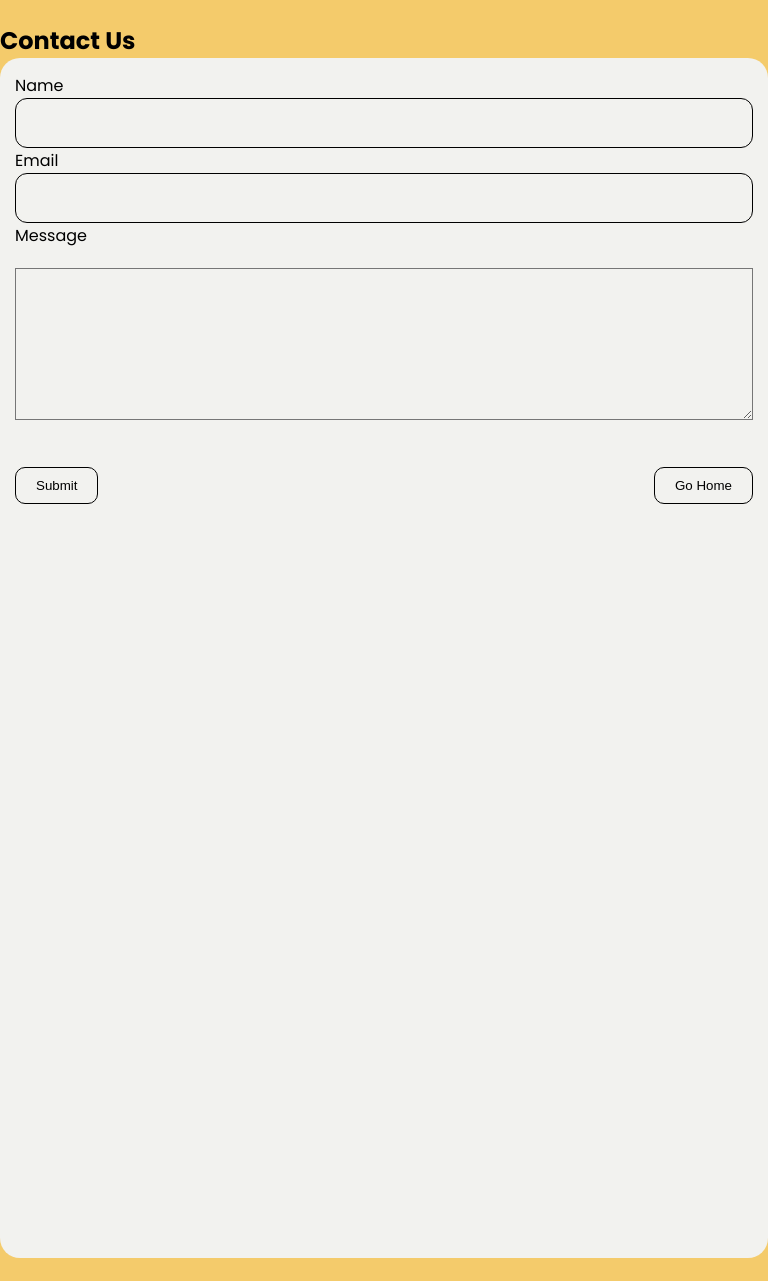
Repository: ble-syn/Random-user-generator-app
Page: /contact
The author's editor kept a copy of each file at every save. The page is drawn from the files as they stood at one save, then again after the next save.
The browser window is 768 px wide. The pictures show the whole page.
The project was rebuilt for these pictures with package versions that can differ from the ones it lists, and the page was loaded fresh each time. Also part of the build but not shown: src/components/Navbar.jsx, src/components/pagination.jsx, src/components/User.jsx, src/pages/Home.jsx, src/components/ErrorFallback.jsx, src/pages/About.jsx, src/pages/Vision.jsx, src/pages/Mission.jsx and 1 more.

Above is the page before, as saved 2022-10-28 20:01:16.

### src/index.css
@import url("https://fonts.googleapis.com/css2?family=Poppins:ital,wght@0,200;0,300;0,400;0,500;0,600;0,700;1,400&display=swap");
*{
  margin: 0;
  padding: 0;
  box-sizing: border-box;
}
a {
  text-decoration: none;
  color: #000;
}
ul{
  list-style: none;
}
body {
  background-color: #F4CB6B;
  font-family: "Poppins", sans-serif;
}
button {
  margin: 20px 0;
  padding:10px 20px;
  background: none;
  border-radius: 10px;
  border: 1px solid black;
}

.container {
  width: 100%;
  max-width: 1300px;
  margin: 3% auto;

}

nav {
  display: flex;
  justify-content: first baseline;
  margin-bottom: 100px;
}
.logo{
  margin-right: 5px;
}
.menu {
  margin: 0 20px;
}

.home-container{
  display: flex;
  align-items: center;
}
/* LEFT STYLES */
#left {
  flex: 5;
}
#left h1 {
  font-size: 3rem;
  font-weight: 700;
  margin-bottom: 20px;
}
#left p {
  font-size: 1.2rem;
  margin-bottom: 20px;
}
.search-input {
  width: 80%;
  background-color: #dadada;
  border-radius: 12px;
  border: none;
  display: flex;
  place-items: center;
  padding-left: 15px;
  margin: 50px 0;
}
.search-input input{
  border: none;
}
input {
  border: 1px solid black;
  border-radius: 12px;
  background-color: inherit;
  width: 100%;
  height: 50px;
  padding-left: 5px;
  font-size: 20px;
}
input:focus {
  outline: none;
}
input::placeholder {
  color: #171717;
}
.user-btb-cont {
  margin-top: 70px;
}
.user-btn{
  margin-right: 60px;
  padding: 30px;
  border-radius: 10px;
  color: #FFF;
  cursor: pointer;
  border: none;
  box-shadow: 0px 2px 5px  rgba(0, 0, 0, 0.5);
}
.all-user {
  background-color: #BF9679;
}
.f-user{
  background-color: #F97661;
}
.m-user{
background-color: #8DCC50;
}

#right{

  flex: 5;
  margin-left: 20px;
  background-color: #F2F2EF;
  border-radius: 20px;
  padding: 15px 30px;

}

.usercard {
  background-color: #F2F2EF;
  border-radius: 20px;
  display: flex;
  justify-content: space-between;
  align-items: center;
  padding: 20px;
  margin: 20px 0;
  box-shadow: 0px 2px 5px rgba(0, 0, 0, 0.5);
}

.usercard img {
 border: 5px solid #BF9679;;
  border-radius: 50%;
  margin: 5px 0;
}

.pagination {
  display: flex;
  justify-content: center;
  align-items: center;
  gap: 12px;
  margin: 20px 0;
}

.pagination-num {
  display: flex;
  justify-content: center;
  align-items: center;
  gap: 12px;
}

.pagination-child,
.prev,
.next {
  opacity: 1;
  border: 1px solid #000;
  padding: 8px 16px;
  cursor: pointer;
  border-radius: 10px;
  transition: all 0.3s ease;
}

.pagination-child:hover,
.prev:hover,
.next:hover {
  transform: scale(1.1);
}

.disabled {
  opacity: 0.5;
  cursor: not-allowed;
}
.notfound {
  display: flex;
  flex-direction: column;
  justify-content: center;
  align-items: center;
  height: 70vh;
  font-size: 2rem;
  font-weight: 700;
}
.notfound img{
  height: 200px;
}


textarea {
  width: 100%;
  margin: 20px 0;
  background: none;
}
.c-btn {
  display: flex;
  justify-content: space-between;
}
@media (max-width: 768px){
  .home-container{
    display: block;
  }
  .search-input{
    display: none;
  }
  .user-btn{
    margin: 20px;
    padding: 20px;


  }
  #right{
    height: 150vh;
    margin-left: 0;
    padding: 15px;

  }
  .usercard {
    flex-wrap: wrap;
    padding: 10px;

  }

}

### src/App.js
import { BrowserRouter as Router, Routes, Route, Navigate} from "react-router-dom";
import Navbar from "./components/Navbar";
import Home from "./pages/Home";
import About from "./pages/About";
import Policy from "./pages/Vision";
import Terms from "./pages/Mission";
import Contact from "./pages/Contact";
import NotFound from "./pages/NotFound";
import Mission from "./pages/Mission";
import Vision from "./pages/Vision";

function App() {
  return (
    <div className="container">
      <Router>
        <Routes>
          <Route path="/" element={<Home />} />
          <Route path="/about" element={<About />}>
            <Route path="mission" element={<Mission />} />
            <Route path="vision" element={<Vision />} />
          </Route>
          <Route path="/contact" element={<Contact />} />
          <Route path="/not-found" element={<NotFound />} />
          <Route path="*" element={<Navigate to="/not-found" />} />
        </Routes>
      </Router>

    </div>
  );
}

export default App;

### src/pages/Contact.jsx
import React from "react";
import {useNavigate} from "react-router-dom";

function Contact() {
  const navigate = useNavigate()
  const  goHome =(event) =>{
    event.preventDefault()
    navigate("/")
}
  return (
    <div className="home-container">
      <div id="left">
        <h2>Contact Us</h2>
      </div>

      <div id="right">
       <form>
          <label htmlFor="name">Name</label>
          <input type="text" name="name" id="name" />
          <label htmlFor="email">Email</label>
          <input type="email" name="email" id="email" />
          <label htmlFor="message">Message</label>
          <textarea name="message" id="message" cols="30" rows="10"></textarea>
          <div className="c-btn">
            <button type="submit">Submit</button>
            <button onClick={goHome}>Go Home</button>
          </div>

       </form>

      </div>
    </div>
  );
}

export default Contact;

Loaded but not shown: public/index.html (common file); src/index.js (common file); src/reportWebVitals.js (common file)

After the next save:
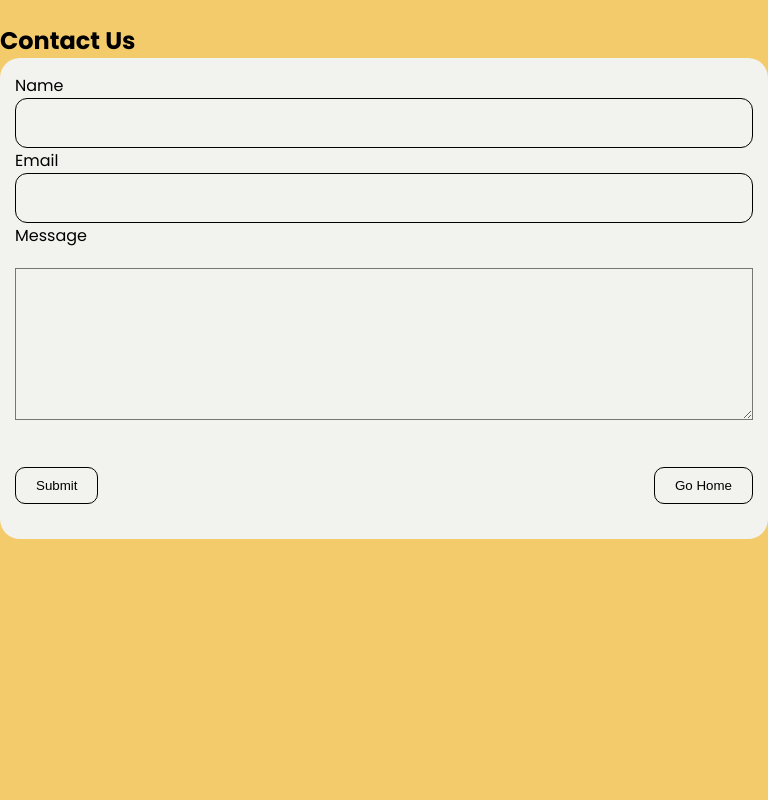
Saved 39 s later.
--- a/src/index.css
+++ b/src/index.css
@@ -209,7 +209,7 @@ textarea {
 
   }
   #right{
-    height: 150vh;
+    /* height: 150vh; */
     margin-left: 0;
     padding: 15px;
 
